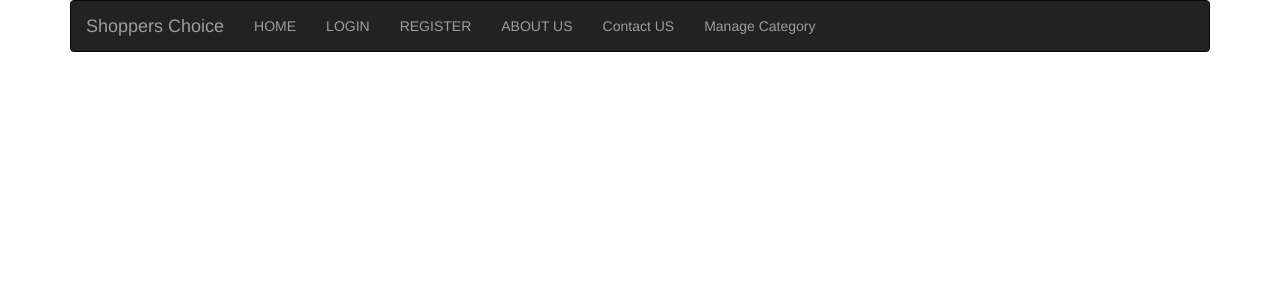
Repository: ShivaniSharma97/NewWorkspace
Page: http://localhost/ShoppersChoiceFrontend/
These files come from the project's save history. The page is drawn as it stood at one moment and after the next save; the edit follows.
The browser window is 1280 px wide. The pictures show the whole page.
The page is served by Tomcat 9. Nobody is signed in. The application's start-up code is not run.

Above is the page before, as saved 2019-02-12 10:21:19.

After the next save:
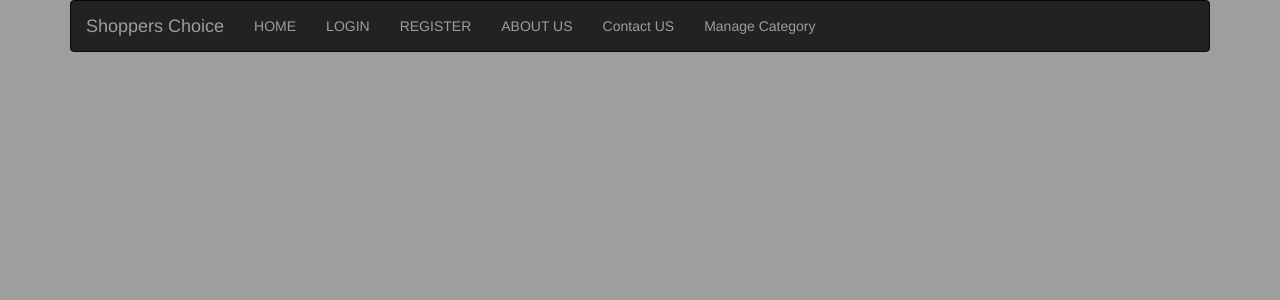
Saved 2 min 12 s later.
--- a/ShoppersChoiceFrontend/src/main/webapp/WEB-INF/views/Header.jsp
+++ b/ShoppersChoiceFrontend/src/main/webapp/WEB-INF/views/Header.jsp
@@ -8,8 +8,7 @@
 <script src="https://ajax.googleapis.com/ajax/libs/jquery/3.3.1/jquery.min.js"></script>
 <script src="https://maxcdn.bootstrapcdn.com/bootstrap/3.3.7/js/bootstrap.min.js"></script>
 </head>
-<body>
-<Background src="C:\Users\ABHAY\Downloads.jfif" width="1300px" height="350px"/>
+<body background ="C:\Users\ABHAY\Downloads.jfif" width="1300px" height="350px"/>
 <div class="container">
     <nav class="navbar navbar-inverse">
         <div class="container-fluid">

After the save that followed:
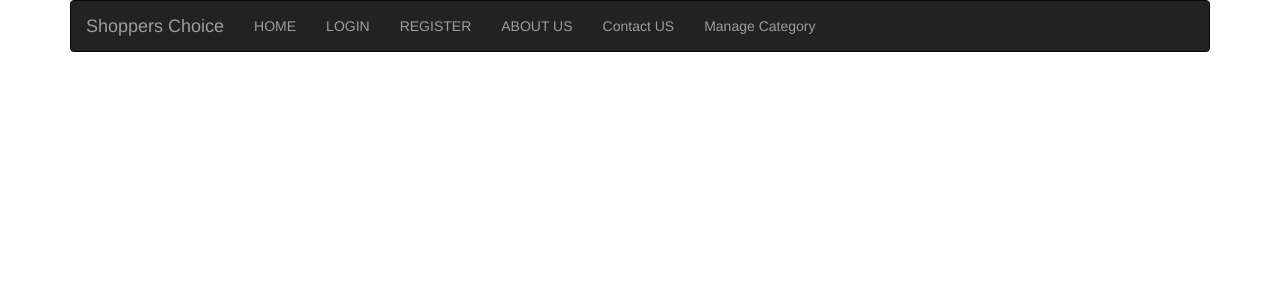
Saved 85 s later.
--- a/ShoppersChoiceFrontend/src/main/webapp/WEB-INF/views/Header.jsp
+++ b/ShoppersChoiceFrontend/src/main/webapp/WEB-INF/views/Header.jsp
@@ -8,7 +8,8 @@
 <script src="https://ajax.googleapis.com/ajax/libs/jquery/3.3.1/jquery.min.js"></script>
 <script src="https://maxcdn.bootstrapcdn.com/bootstrap/3.3.7/js/bootstrap.min.js"></script>
 </head>
-<body background ="C:\Users\ABHAY\Downloads.jfif" width="1300px" height="350px"/>
+<body>
+<Background ="C:\Users\ABHAY\Downloads.jfif" width="1300px" height="350px"/>
 <div class="container">
     <nav class="navbar navbar-inverse">
         <div class="container-fluid">
